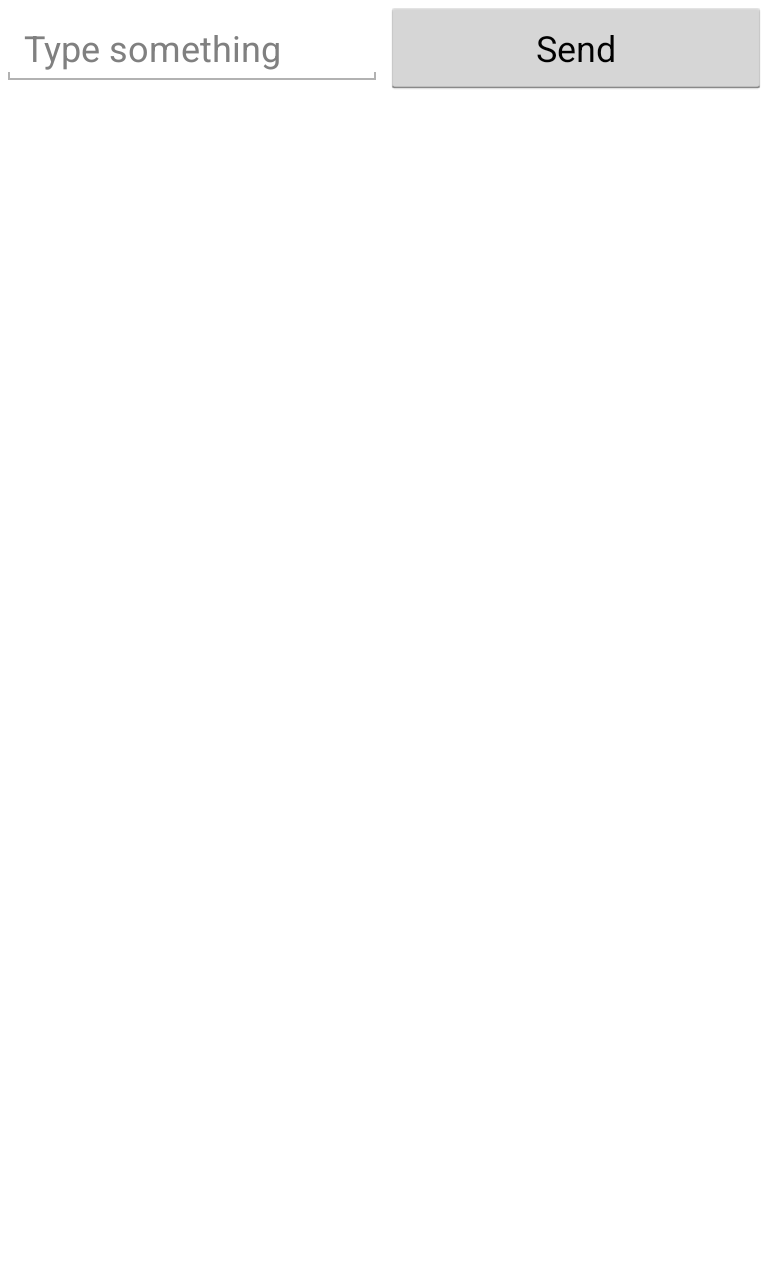
Repository: Wang-Xuan/Hello-World
Layout: UILayoutTest/res/layout/activity_main.xml
These files come from the project's save history. The layout is drawn as it stood at one moment and after a run of saves; the edit follows.
It is drawn on a 768 x 1280 px phone screen (xhdpi) without system bars, with theme AppTheme; the app's code is not run.

Above is the layout before, as saved 2014-12-07 05:49:39.

After the next 2 saves:
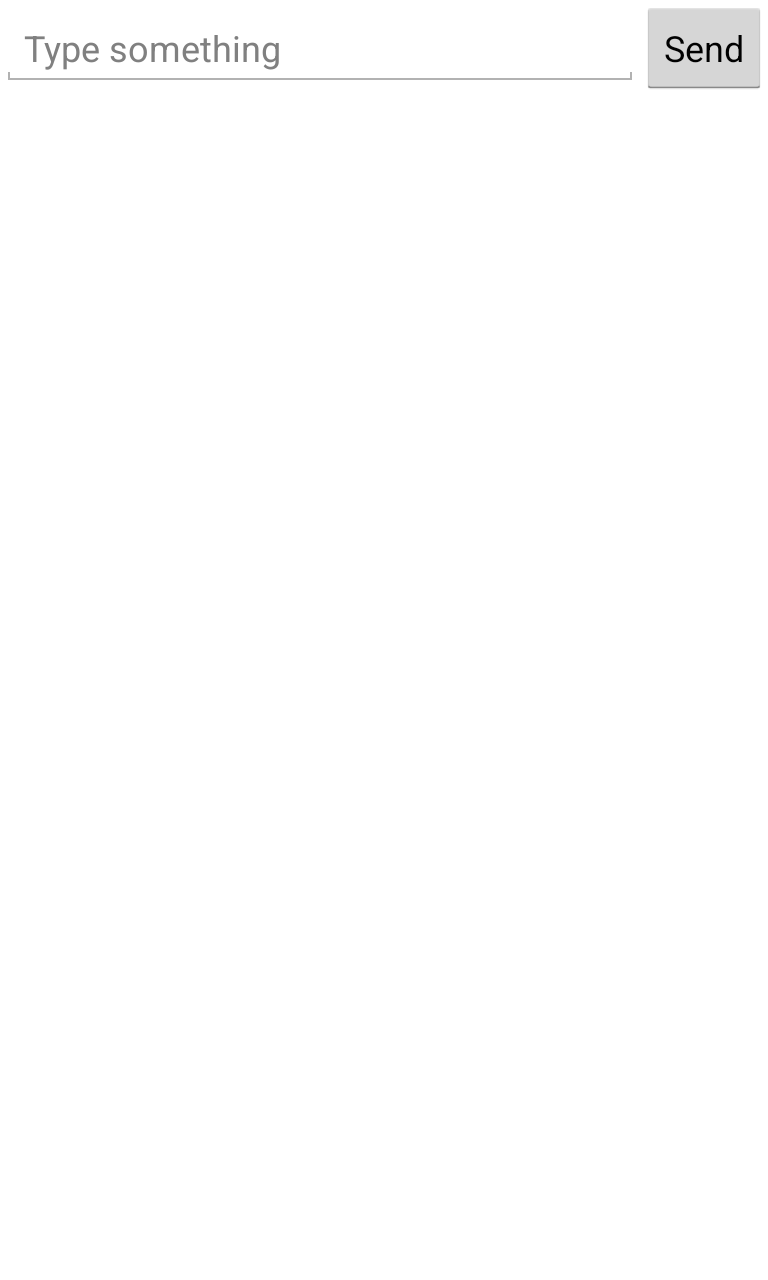
The 2 saves are shown as one change because they came seconds apart.
The last was saved 108 s later.
--- a/UILayoutTest/res/layout/activity_main.xml
+++ b/UILayoutTest/res/layout/activity_main.xml
@@ -13,9 +13,8 @@
 
 	<Button
 	    android:id="@+id/send"
-	    android:layout_width="0dp"
+	    android:layout_width="wrap_content"
 	    android:layout_height="wrap_content"
-	    android:layout_weight="1"
 	    android:text="Send" />
 
 </LinearLayout>
